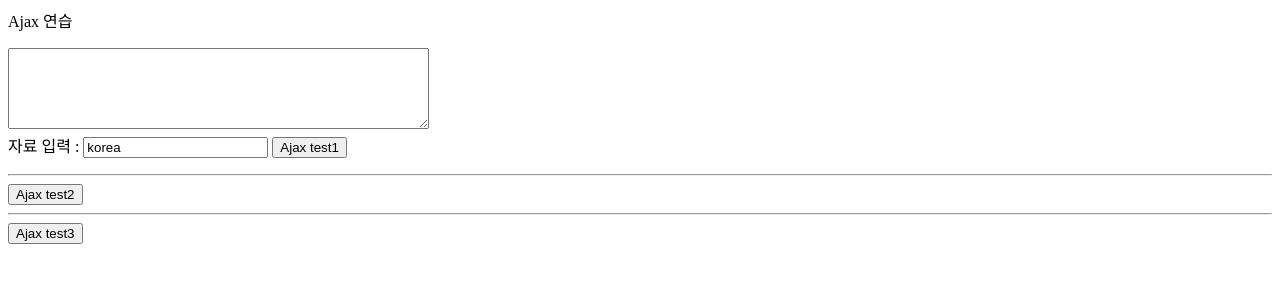
Repository: Jong-hp/Python
Page: django10_ajax/myapp/templates/abc.html
An editor plug-in stored every save of this project. The page is shown before and after the next save, followed by the edit.
The browser window is 1280 px wide. The pictures show the whole page.

Above is the page before, as saved 2022-10-20 02:48:53.

After the next save:
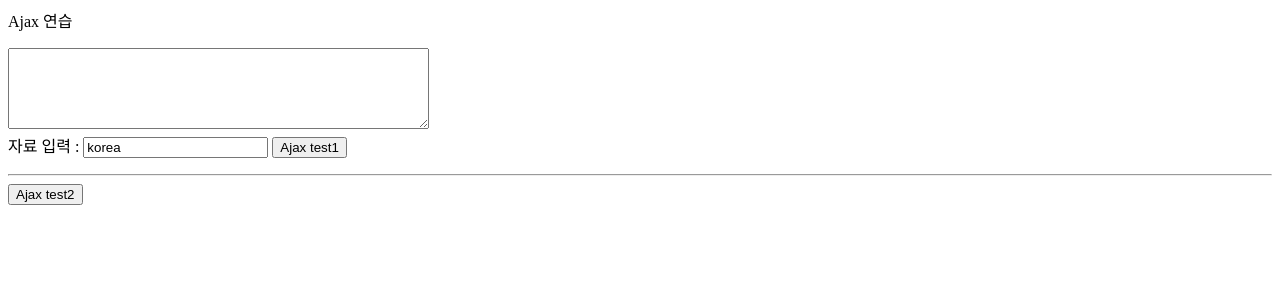
Saved 16 s later.
--- a/django10_ajax/myapp/templates/abc.html
+++ b/django10_ajax/myapp/templates/abc.html
@@ -66,8 +66,5 @@ Ajax 연습<p/>
 <hr>
 <button id="btn2">Ajax test2</button>
 <div id="showData2"></div>
-<hr>
-<button id="btn3">Ajax test3</button>
-<div id="showData3"></div>
 </body>
 </html>
